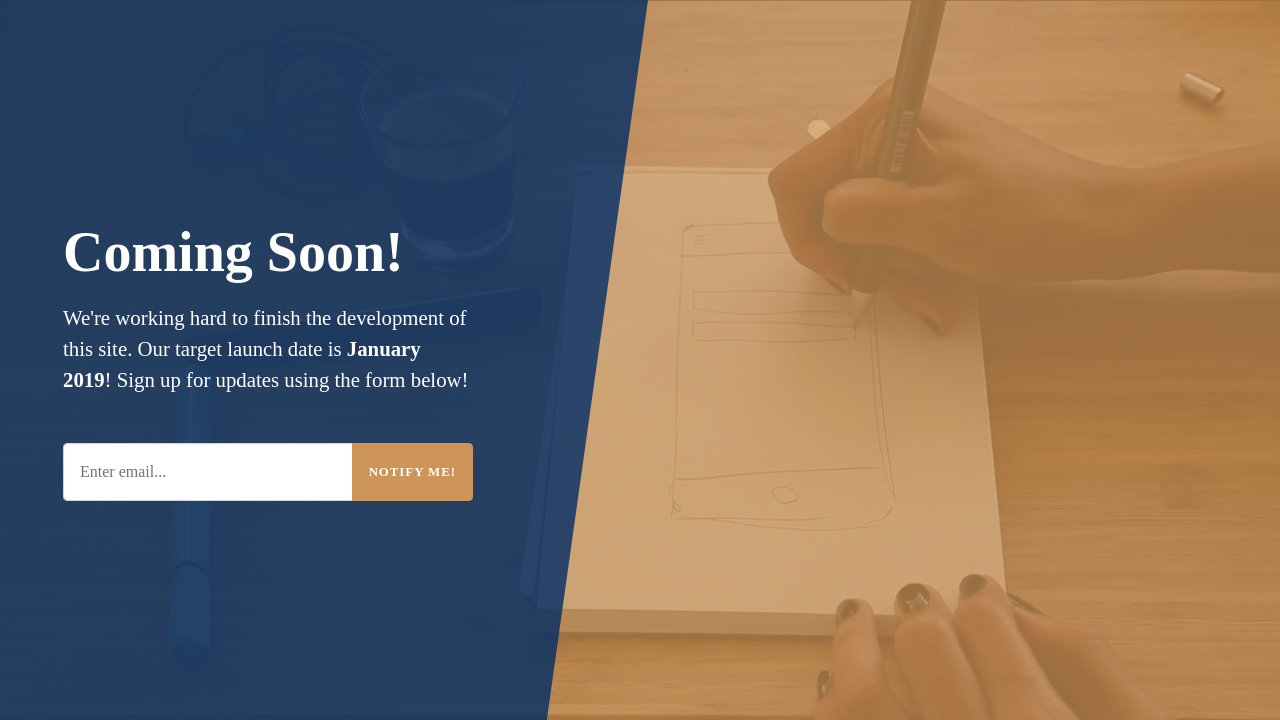
Repository: Guruscode/mega-list
Page: http://localhost/
The author's editor kept a copy of each file at every save. The page is drawn from the files as they stood at one save, then again after the next save.
The browser window is 1280 px wide. The pictures show the whole page.
The page is run by PHP 8.4 with error messages shown; the project is at /var/www/html/.

Above is the page before, as saved 2018-02-20 22:59:58.
Console error: TypeError: Cannot read properties of undefined (reading 'fn')

### index.php
<!DOCTYPE html>
<html lang="en">
<head>
    <meta charset="UTF-8">
    <meta name="viewport" content="width=device-width, initial-scale=1.0">
    <meta http-equiv="X-UA-Compatible" content="ie=edge">

    <link rel="stylesheet" href="css/bootstrap.min.css">
    <link href="css/welcome.min.css" rel="stylesheet">

    <title>Anakle: For Anakle</title>
</head>
<body>

        <div class="overlay"></div>

        <div class="masthead">
        <div class="masthead-bg"></div>
        <div class="container h-100">
            <div class="row h-100">
            <div class="col-12 my-auto">
                <div class="masthead-content text-white py-5 py-md-0">
                <h1 class="mb-3">Coming Soon!</h1>
                <p class="mb-5">We're working hard to finish the development of this site. Our target launch date is
                    <strong>January 2019</strong>! Sign up for updates using the form below!</p>
                <div class="input-group input-group-newsletter">
                    <input type="email" class="form-control" placeholder="Enter email..." aria-label="Enter email..." aria-describedby="basic-addon">
                    <div class="input-group-append">
                    <button class="btn btn-secondary" type="button">Notify Me!</button>
                    </div>
                </div>
                </div>
            </div>
            </div>
        </div>
        </div>


<script src="js/bootstrap.min.js"></script>
<script src="js/jquery-3.3.1.min.js"></script>
<script src="js/bootstrap.bundle.min.js"></script>
<script src="js/jquery.vide.min.js"></script>
<script src="js/welcome.min.js"></script>

</body>
</html>

Loaded but not shown: css/bootstrap.min.css (library); css/welcome.min.css (common file); js/bootstrap.min.js (library); js/jquery-3.3.1.min.js (library); js/bootstrap.bundle.min.js (library); js/jquery.vide.min.js (library); js/welcome.min.js (common file)

After the next save:
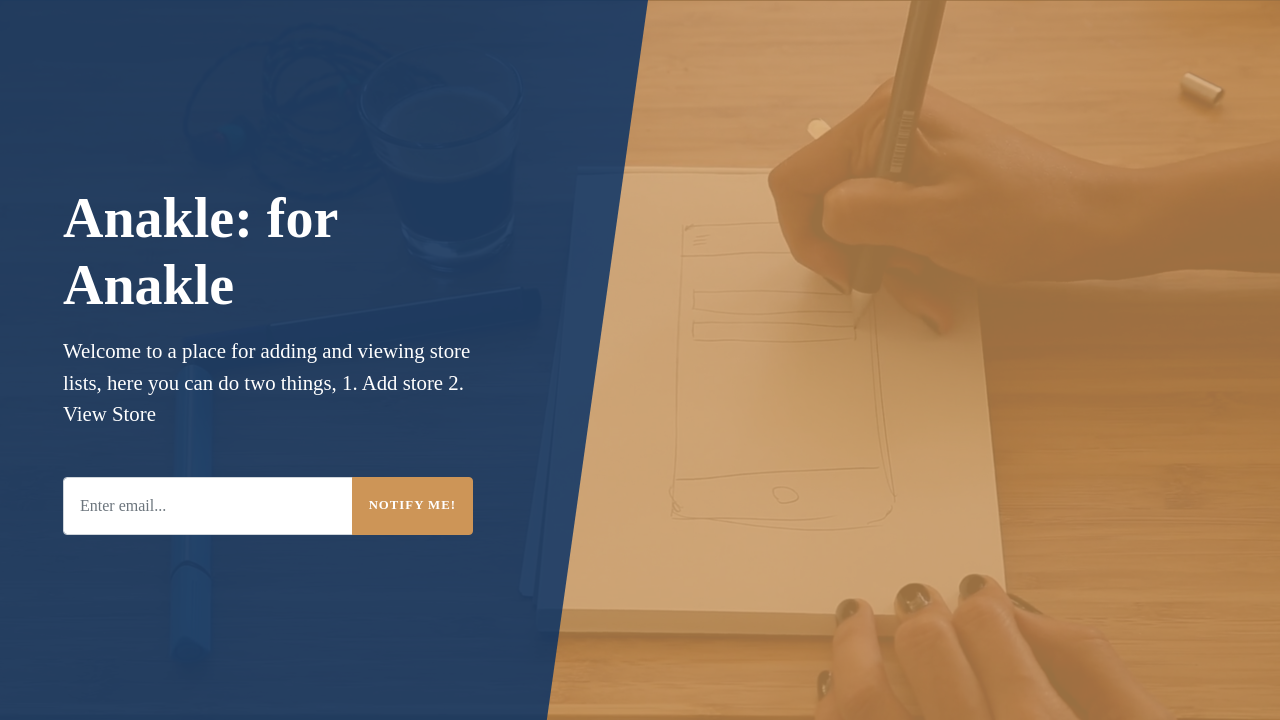
Saved 103 s later.
--- a/index.php
+++ b/index.php
@@ -20,9 +20,8 @@
             <div class="row h-100">
             <div class="col-12 my-auto">
                 <div class="masthead-content text-white py-5 py-md-0">
-                <h1 class="mb-3">Coming Soon!</h1>
-                <p class="mb-5">We're working hard to finish the development of this site. Our target launch date is
-                    <strong>January 2019</strong>! Sign up for updates using the form below!</p>
+                <h1 class="mb-3">Anakle: for Anakle</h1>
+                <p class="mb-5">Welcome to a place for adding and viewing store lists, here you can do two things, 1. Add store 2. View Store</p>
                 <div class="input-group input-group-newsletter">
                     <input type="email" class="form-control" placeholder="Enter email..." aria-label="Enter email..." aria-describedby="basic-addon">
                     <div class="input-group-append">
